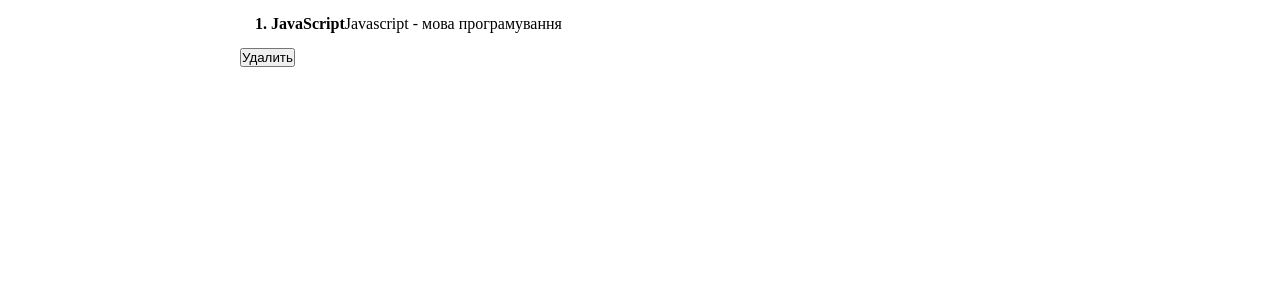
Repository: otvertka/ulb2_react
Page: / (app in jk_project/)
The author's editor kept a copy of each file at every save. The page is drawn from the files as they stood at one save, then again after the next save.
The browser window is 1280 px wide. The pictures show the whole page.
The project was rebuilt for these pictures with package versions that can differ from the ones it lists, and the page was loaded fresh each time. Also part of the build but not shown: jk_project/src/component/Counter.jsx, jk_project/src/component/ClassCounter.jsx.

Above is the page before, as saved 2023-09-08 10:00:05.

After the next save:
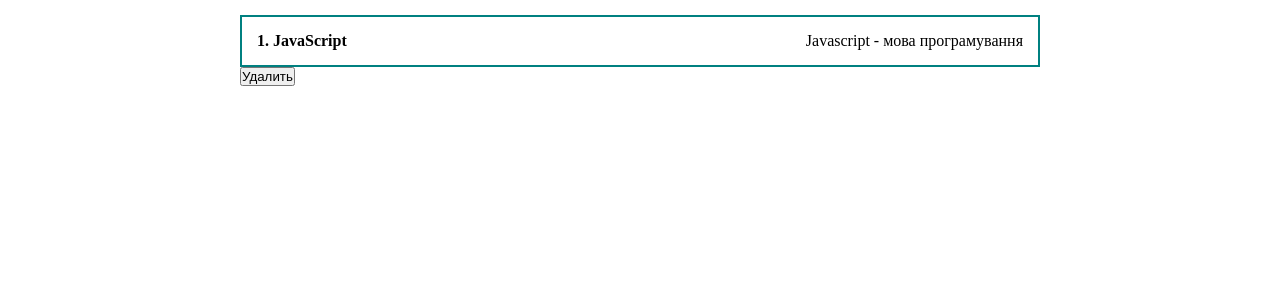
Saved 98 s later.
--- a/jk_project/src/styles/app.css
+++ b/jk_project/src/styles/app.css
@@ -16,4 +16,8 @@
 .post {
   display: flex;
   padding: 15px;
+  border: 2px solid teal;
+  margin-top: 15px;
+  justify-content: space-between;
+  align-items: center;
 }
